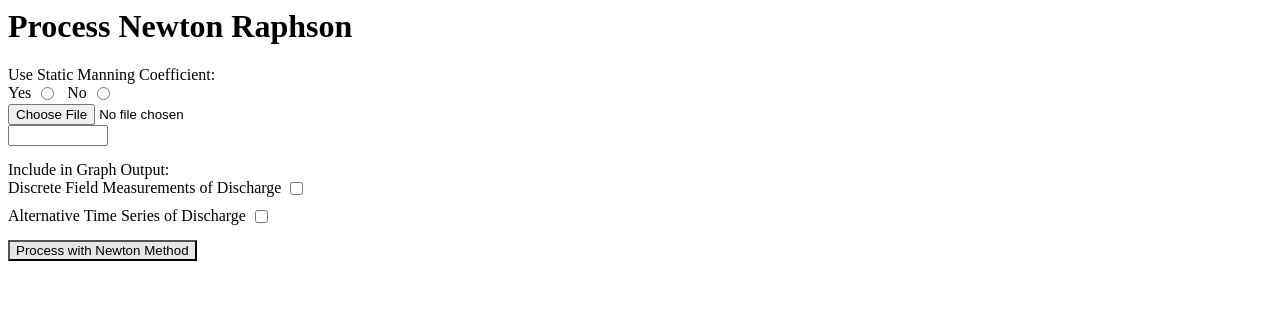
Repository: shape87/FloodAnalysis
Page: FloodAnalysis27/Web/templates/process.html
The author's editor kept a copy of each file at every save. The page is drawn from the files as they stood at one save, then again after the next save.
The browser window is 1280 px wide. The pictures show the whole page.

Above is the page before, as saved 2017-01-24 18:06:04.

### FloodAnalysis27/Web/templates/process.html
<h1>Process Newton Raphson</h1>
<form id="process_newton" method="post" >
	<div class="form-group">
		  <label>Use Static Manning Coefficient:</label><br />
		  <div style="height: 20px">
		  <label style="float:left; margin-right: 5px">Yes</label>
		  <input style="float:left" type="radio" name="manning" class="manning_radio" id="static_manning" />

		  <label style="float:left; margin-left: 10px; margin-right: 5px">No</label>
		  <input style="float:left" type="radio" name="manning" class="manning_radio" id="table_manning" />
		  </div>
	 </div>

	 <div id="table_calc">
	 	<div class="form-group">
		  <input id="manning_file" type="file" name="manning_file" />
	 	</div>
	 </div>

	 <div id="static_calc">
	 	<div class="form-group">
		  <input style="width: 100px" type="text" class="form-control"
		  id="manning_coef" name="manning_coef" />
		</div>
	 </div>

	 <div style="margin: 15px 0px" class="form-group">
		  <label>Include in Graph Output:</label><br />
		  <div style="height: 10px">
			  <label style="font-weight: normal; float:left; margin-right: 5px">Discrete Field Measurements of Discharge</label>
			  <input style="float:left" type="checkbox" name="manning" class="manning_radio" id="discrete_output" />
		  </div>
		  <br />
		  <div>
			  <label style="font-weight: normal; float:left; margin-right: 5px">Alternative Time Series of Discharge</label>
			  <input style="float:left" type="checkbox" name="manning" class="manning_radio" id="alt_output" />
		  </div>
	 </div>

	<br />
	<div class="form-group">
		<input style="background-color: #e6e6e6" type="submit"
		class="btn btn-default" value="Process with Newton Method" />
	</div>
</form>
<div class="form-group">
		<a style="display:none" id="flow_table_download" href="/download_flow_table"><button id="flow_table_download" style="background-color: #e6e6e6"
		class="btn btn-default" >Download Flow Table</button></a>
</div>

After the next save:
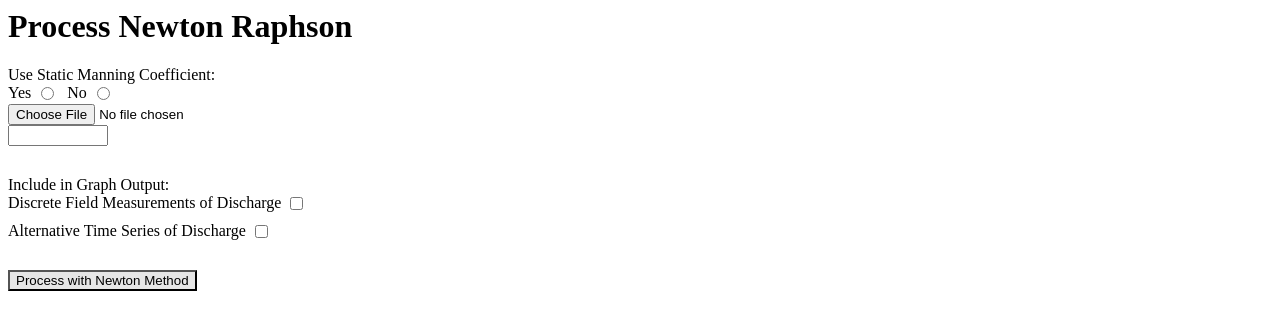
Saved 25 s later.
--- a/FloodAnalysis27/Web/templates/process.html
+++ b/FloodAnalysis27/Web/templates/process.html
@@ -24,7 +24,7 @@
 		</div>
 	 </div>
 
-	 <div style="margin: 15px 0px" class="form-group">
+	 <div style="margin: 30px 0px" class="form-group">
 		  <label>Include in Graph Output:</label><br />
 		  <div style="height: 10px">
 			  <label style="font-weight: normal; float:left; margin-right: 5px">Discrete Field Measurements of Discharge</label>
